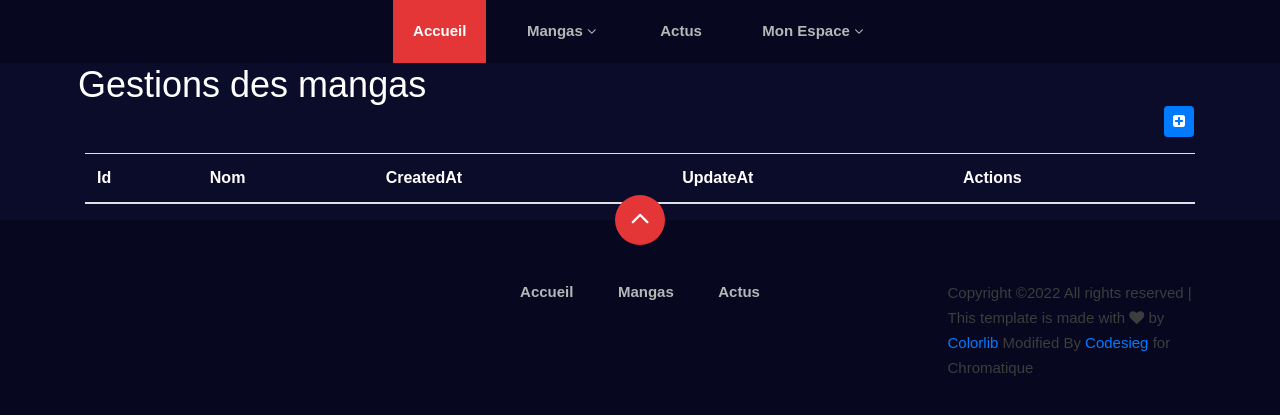
Repository: Codesieg/Chromatique
Page: chromatique/resources/views/admin/browse.blade.php
An editor plug-in stored every save of this project. The page is shown before and after the next save, followed by the edit.
The browser window is 1280 px wide. The pictures show the whole page.
Some web fonts or font styles are not loaded; a fallback is used. The page is served by the project's Laravel application, run on PHP 8.4 with Laravel 8. Other server files are loaded and not shown. The template is opened directly, without the code that normally fills it, so the values that code supplies are empty.

Above is the page before, as saved 2022-04-03 16:28:45.

### chromatique/routes/web.php
<?php


use Illuminate\Support\Facades\Auth;
use Illuminate\Support\Facades\Route;
use App\Http\Controllers\PagesController;
use App\Http\Controllers\TomesController;
use App\Http\Controllers\MangasController;
use App\Http\Controllers\Auth\LoginController;
use App\Http\Controllers\Admin\AdminTomesController;
use App\Http\Controllers\Admin\AdminMangasController;


/*
|--------------------------------------------------------------------------
| Web Routes
|--------------------------------------------------------------------------
|
| Here is where you can register web routes for your application. These
| routes are loaded by the RouteServiceProvider within a group which
| contains the "web" middleware group. Now create something great!
|
*/
//-------------- Route front ----------------
// Route::get('/', [MangasController::class,'browse'])->name('browse_mangas');

Route::get(
    '/',
    [MangasController::class, 'browse']
)->name('browse_mangas');

Route::get(
    '/tome/browse/{id}',
    [TomesController::class,'browse']
)->name('browse_tomes');

Route::get(
    '/tome/page/{id}',
    [PagesController::class,'read']
)->name('browse_pages');

// Route::post(
//     '/logout',
//     [LoginController::class,'logout']
// )->name('user_logout');

//-------------- Route back-office manga ----------------

Route::get(
    '/admin',
    [AdminMangasController::class, 'browse']
)->name('admin_browse_mangas')->middleware('auth');

// Route affichant le formulaire d'ajout d'un manga
Route::get(
    '/admin/add/manga',
    [AdminMangasController::class, 'form']
)->name('admin_form_manga')->middleware('auth');

//  Route ajoutant le manga, au clique sur le formulaire
Route::post(
    '/admin/add/manga',
    [AdminMangasController::class, 'add']
)->name('admin_add_manga')->middleware('auth');

// Supprimer un manga
Route::delete(
    '/admin/delete/{id}',
    [AdminMangasController::class, 'delete']
)->name('admin_delete_manga')->middleware('auth');

//  Route qui vient scanner le dossier publique au clique sur le bouton scanner
Route::post(
    '/admin/insert',
    [AdminMangasController::class, 'insert']
)->name('admin_insert_manga')->middleware('auth');

// Permet d'afficher le forms de modification d'un manga
Route::get(
    '/admin/manga/edit/{id}',
    [AdminMangasController::class, 'form_edit']
)->name('admin_form_edit_manga')->middleware('auth');

// Permet d'enregistrer les modifications d'un manga
Route::post(
    '/admin/manga/edit/{id}',
    [AdminMangasController::class, 'edit']
)->name('admin_edit_manga')->middleware('auth');

//-------------- Route back-office tome ----------------

// On récupère l'id du manga sur cette route et on affiche le formulaire d'ajout d'un tome par rapport à ça franchise
Route::get(
    '/admin/add/tome/{id}',
    [AdminTomesController::class, 'form']
)->name('admin_form_tome')->middleware('auth');

// On ajoute un tome
Route::post(
    '/admin/add/tome',
    [AdminTomesController::class, 'add']
)->name('admin_add_tome')->middleware('auth');

// On liste tous les tomes de tous les mangas
Route::get(
    '/admin/tome/',
    [AdminTomesController::class, 'browse']
)->name('admin_browse_tomes')->middleware('auth');

// On liste tous les tomes d'un manga
Route::get(
    '/admin/tome/{id}',
    [AdminTomesController::class, 'read']
)->name('admin_read_tome')->middleware('auth');

// Permet de supprimer un tome
Route::delete(
    '/admin/delete/tome/{id}',
    [AdminTomesController::class, 'delete']
)->name('admin_delete_tome')->middleware('auth');

// Permet de modifier un tome
Route::get(
    '/admin/tome/edit/{id}',
    [AdminTomesController::class, 'edit']
)->name('admin_edit_tome')->middleware('auth');

// ---------------route d'authentification------------

Auth::routes();

### chromatique/app/Http/Controllers/Auth/ConfirmPasswordController.php
<?php

namespace App\Http\Controllers\Auth;

use App\Http\Controllers\Controller;
use App\Providers\RouteServiceProvider;
use Illuminate\Foundation\Auth\ConfirmsPasswords;

class ConfirmPasswordController extends Controller
{
    /*
    |--------------------------------------------------------------------------
    | Confirm Password Controller
    |--------------------------------------------------------------------------
    |
    | This controller is responsible for handling password confirmations and
    | uses a simple trait to include the behavior. You're free to explore
    | this trait and override any functions that require customization.
    |
    */

    use ConfirmsPasswords;

    /**
     * Where to redirect users when the intended url fails.
     *
     * @var string
     */
    protected $redirectTo = RouteServiceProvider::LOGIN;

    /**
     * Create a new controller instance.
     *
     * @return void
     */
    public function __construct()
    {
        $this->middleware('auth');
    }
}

### chromatique/resources/views/admin/browse.blade.php
@extends ('layout')

@section('contenu')

<div class="container">
    <h2 class="white mx-2"> Gestions des mangas </h2>
    <div class="d-flex justify-content-end mb-3 px-3">
        <button type="button" class="btn btn-primary btn-sm white"><a class="text-decoration-none text-white" href="{{route('admin_form_manga')}}"><i class="fa fa-plus-square white"></i></a></button>
    </div>
    <div class="col-12">
        <table class="table">
            <thead>
            <tr>
                <th class="text-white">Id</th>
                <th class="text-white">Nom</th>
                <th class="text-white">CreatedAt</th>
                <th class="text-white">UpdateAt</th>
                <th class="text-white">Actions</th>
            </tr>
            </thead>
            <tbody>
            @foreach ($listMangas as $manga)
            <tr>
                <td class="text-white">{{$manga->id}}</td>
                <td class="text-white">{{$manga->manga_name}}</td>
                <td class="text-white">{{$manga->created_at}}</td>
                <td class="text-white">{{$manga->update_at}}</td>
                <td class="btn-actions">
                    <div class="d-flex">
                        <button type="button" class="btn btn-success btn-sm">
                            <a class="text-decoration-none text-white"  href="{{route('admin_form_edit_manga', ['id' => $manga->id]) }}" data-toggle="tooltip" data-placement="bottom" title="Modifier le manga"><i class="fa fa-edit white"></i></a>
                        </button>

                        <button type="button" class="btn btn-success btn-sm mx-2">
                            <a class="text-decoration-none text-white" href="{{route('admin_read_tome', ['id' => $manga->id]) }}" data-toggle="tooltip" data-placement="bottom" title="Voir les tomes"><i class="fa fa-eye white"></i></a>
                        </button>
                            <form action="{{route('admin_delete_manga', ['id' => $manga->id])}}" method="post">
                                <button type="submit" class="btn-trash">
                                    <i class="fa fa-trash white"></i>
                                    <input type="hidden" name="_method" value="delete" />
                                    @csrf
                                </button>
                            </form>
                    </div>
                </td>
            </tr>
            @endforeach
            </tbody>
        </table>
    </div>
</div>
@endsection

### chromatique/resources/views/layout.blade.php
<!DOCTYPE html>
<html lang="french">

<head>
    <meta charset="UTF-8">
    <meta name="description" content="Chromatique team">
    <meta name="keywords" content="Manga, unica, creative, html">
    <meta name="viewport" content="width=device-width, initial-scale=1.0">
    <meta http-equiv="X-UA-Compatible" content="ie=edge">
    <title>Chromatique</title>

    <!-- Google Font -->
    <link href="https://fonts.googleapis.com/css2?family=Oswald:wght@300;400;500;600;700&display=swap" rel="stylesheet">
    <link href="https://fonts.googleapis.com/css2?family=Mulish:wght@300;400;500;600;700;800;900&display=swap"
    rel="stylesheet">

    <!-- Css Styles -->
    <link rel="stylesheet" href=<?= asset('assets/css/bootstrap.min.css') ?> type="text/css">
    <link rel="stylesheet" href=<?= asset('assets/css/font-awesome.min.css') ?> type="text/css">
    <link rel="stylesheet" href=<?= asset('assets/css/elegant-icons.css') ?> type="text/css">
    <link rel="stylesheet" href=<?= asset('assets/css/plyr.css') ?> type="text/css">
    <link rel="stylesheet" href=<?= asset('assets/css/nice-select.css') ?> type="text/css">
    <link rel="stylesheet" href=<?= asset('assets/css/owl.carousel.min.css') ?> type="text/css">
    <link rel="stylesheet" href=<?= asset('assets/css/slicknav.min.css') ?> type="text/css">
    <link rel="stylesheet" href=<?= asset('assets/css/style.css') ?> type="text/css">
</head>
<!-- Page Preloder -->
<div id="preloder">
    <div class="loader"></div>
</div>

    <!-- Header Section Begin -->
    <header class="header">
        <div class="container">
            <div class="row">
                <div class="col-lg-2">
                    <div class="header__logo">
                        <a href="{{route('browse_mangas')}}">
                            <img src="img/logo.png" alt="">
                        </a>
                    </div>
                </div>
                <div class="col-lg-8">
                    <div class="header__nav">
                        <nav class="header__menu mobile-menu">
                            <ul>
                                <li class="active"><a href="{{route('browse_mangas')}}">Accueil</a></li>
                                <li><a>Mangas<span class="arrow_carrot-down"></span></a>
                                    <ul class="dropdown">
                                        <li><a href="">Naruto</a></li>
                                        <li><a href="">Bleach</a></li>
                                        <li><a href="">Alice in Borderland</a></li>
                                        <li><a href="">One Piece</a></li>
                                        <li><a href="">Death Note</a></li>
                                        <li><a href="">Dragon Ball</a></li>
                                    </ul>
                                </li>
                                <li><a href="">Actus</a></li>
                                {{-- <li><a href="#">Contacts</a></li> --}}
                                {{-- <a href="#" class="search-switch"><span class="icon_search"></span></a> --}}
                                <li><a>Mon Espace<span class="arrow_carrot-down"></span></a>
                                    <ul class="dropdown">
                                        @if (!Auth::check())
                                        <li><a href="{{route('login')}}">Connexion</a></li>
                                            <li><a href="{{route('register')}}">Inscription</a></li>
                                        @else
                                        <li>
                                            <a href="{{ route('logout') }}"
                                            onclick="event.preventDefault();
                                                                document.getElementById('logout-form').submit();">
                                                {{ __('Deconnexion') }}
                                            </a>
                                            <form id="logout-form" action="{{ route('logout') }}" method="POST" style="display: none;">
                                                @csrf
                                            </form>
                                            @endif
                                        </li>

                                        @if (Auth::check())
                                        <li><a href="{{route('admin_browse_mangas')}}">Gestion Manga</a></li>
                                        <li><a href="{{route('admin_browse_tomes')}}">Gestion Tome</a></li>
                                        <li><a href="">Gestion des utilisateur</a></li>
                                        @endif
                                    </ul>
                                </li>
                            </ul>
                        </nav>
                    </div>
                </div>
            </div>
            <div id="mobile-menu-wrap"></div>
        </div>
    </header>
    <!-- Header End -->
<body>
    <!-- wrap -->
    @include('layouts/flash-message')
    <div class="wrapper">

    @yield('contenu')
    </div>


</body>
@include('layouts/footer')


<script src="https://cdn.jsdelivr.net/npm/bootstrap@5.0.0-beta3/dist/js/bootstrap.bundle.min.js" integrity="sha384-JEW9xMcG8R+pH31jmWH6WWP0WintQrMb4s7ZOdauHnUtxwoG2vI5DkLtS3qm9Ekf" crossorigin="anonymous"></script>
<!-- Js Plugins -->
<script src="<?= asset('assets/js/jquery-3.3.1.min.js') ?>"></script>
<script src="<?= asset('assets/js/bootstrap.min.js') ?>"></script>
<script src="<?= asset('assets/js/player.js') ?>"></script>
<script src="<?= asset('assets/js/jquery.nice-select.min.js') ?>"></script>
<script src="<?= asset('assets/js/mixitup.min.js') ?>"></script>
<script src="<?= asset('assets/js/jquery.slicknav.js') ?>"></script>
<script src="<?= asset('assets/js/owl.carousel.min.js') ?>"></script>
<script src="<?= asset('assets/js/main.js') ?>"></script>
</html>

### chromatique/resources/views/layouts/flash-message.blade.php
@if ($message = Session::get('success'))
<div class="alert alert-success alert-block ">
        <strong>{{ $message }}</strong>
</div>
@endif


@if ($message = Session::get('error'))
<div class="alert alert-danger alert-block ">
        <strong>{{ $message }}</strong>
</div>
@endif


@if ($message = Session::get('warning'))
<div class="alert alert-warning alert-block">
	<strong>{{ $message }}</strong>
</div>
@endif


@if ($message = Session::get('info'))
<div class="alert alert-info alert-block ">
	<strong>{{ $message }}</strong>
</div>
@endif


@if ($errors->any())
<div class="alert alert-danger ">
    Please check the form below for errors
</div>
@endif

### chromatique/resources/views/layouts/footer.blade.php
<!-- Footer Section Begin -->
<footer class="footer">
    <div class="page-up">
        <a href="#" id="scrollToTopButton"><span class="arrow_carrot-up"></span></a>
    </div>
    <div class="container">
        <div class="row">
            <div class="col-lg-3">
                <div class="footer__logo">
                    <a href="./index.html"><img src="" alt=""></a>
                </div>
            </div>
            <div class="col-lg-6">
                <div class="footer__nav">
                    <ul>
                        <li class="active"><a href="{{route('browse_mangas')}}">Accueil</a></li>
                        <li><a href="{{route('browse_mangas')}}">Mangas</a></li>
                        <li><a href="">Actus</a></li>
                    </ul>
                </div>
            </div>
            <div class="col-lg-3">
                <p><!-- Link back to Colorlib can't be removed. Template is licensed under CC BY 3.0. -->
                Copyright &copy;<script>document.write(new Date().getFullYear());</script> All rights reserved | This template is made with <i class="fa fa-heart" aria-hidden="true"></i> by <a href="https://colorlib.com" target="_blank">Colorlib</a>
                Modified By <a href="http://chromatique.codesieg.fr">Codesieg </a>for Chromatique
                <!-- Link back to Colorlib can't be removed. Template is licensed under CC BY 3.0. --></p>

            </div>
        </div>
    </div>
</footer>
<!-- Footer Section End -->

Loaded but not shown: chromatique/app/Providers/AppServiceProvider.php (common file); chromatique/app/Http/Controllers/Controller.php (common file); chromatique/public/assets/css/bootstrap.min.css (library); chromatique/public/assets/css/font-awesome.min.css (library); chromatique/public/assets/css/plyr.css (library); chromatique/public/assets/css/nice-select.css (common file); chromatique/public/assets/css/owl.carousel.min.css (library); chromatique/public/assets/css/slicknav.min.css (common file); chromatique/public/assets/js/jquery-3.3.1.min.js (library); chromatique/public/assets/js/bootstrap.min.js (library); chromatique/public/assets/js/player.js (library); chromatique/public/assets/js/jquery.nice-select.min.js (common file); chromatique/public/assets/js/mixitup.min.js (library); chromatique/public/assets/js/jquery.slicknav.js (library); chromatique/public/assets/js/owl.carousel.min.js (library); chromatique/public/assets/js/main.js (101 lines, source omitted); chromatique/public/assets/css/style.css (2403 lines, source omitted); chromatique/public/assets/css/elegant-icons.css (1157 lines, source omitted)

After the next save:
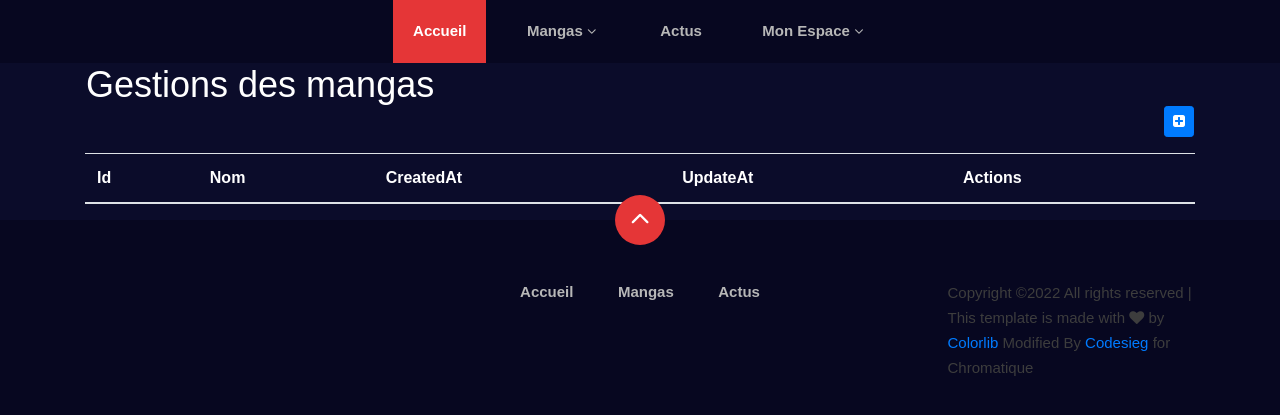
Saved 29 s later.
--- a/chromatique/resources/views/admin/browse.blade.php
+++ b/chromatique/resources/views/admin/browse.blade.php
@@ -3,7 +3,7 @@
 @section('contenu')
 
 <div class="container">
-    <h2 class="white mx-2"> Gestions des mangas </h2>
+    <h2 class="white mx-3">Gestions des mangas</h2>
     <div class="d-flex justify-content-end mb-3 px-3">
         <button type="button" class="btn btn-primary btn-sm white"><a class="text-decoration-none text-white" href="{{route('admin_form_manga')}}"><i class="fa fa-plus-square white"></i></a></button>
     </div>
